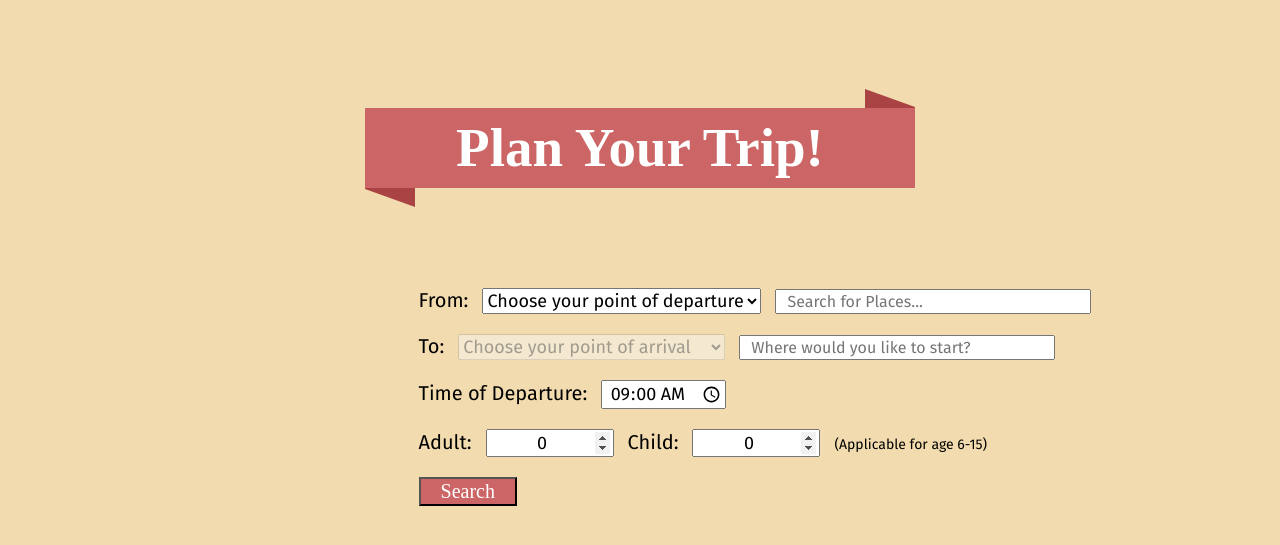
Repository: bbh0607/bae_dNation
Page: public/index.html
An editor plug-in stored every save of this project. The page is shown before and after a run of saves, followed by the edit.
The browser window is 1280 px wide. The pictures show the whole page.
Some web fonts or font styles are not loaded; a fallback is used.

Above is the page before, as saved 2020-02-01 15:37:06.

After the next 3 saves:
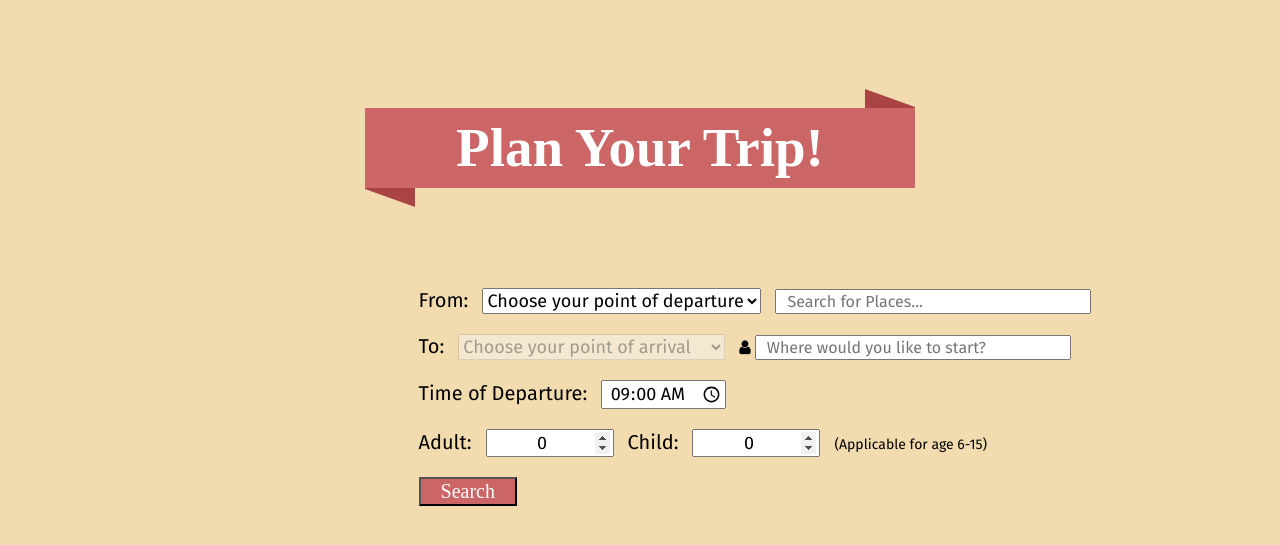
The 3 saves are shown as one change because they came seconds apart.
The last was saved 40 s later.
--- a/public/index.html
+++ b/public/index.html
@@ -32,6 +32,7 @@
             <option value="SENTRAL">KL Sentral</option>
             <option value="OTHER">Other..</option>
           </select>
+          <i class="fa fa-user icon"></i>
           <input type="text" name="search" placeholder="Where would you like to start?">
         </li>
         <li>
